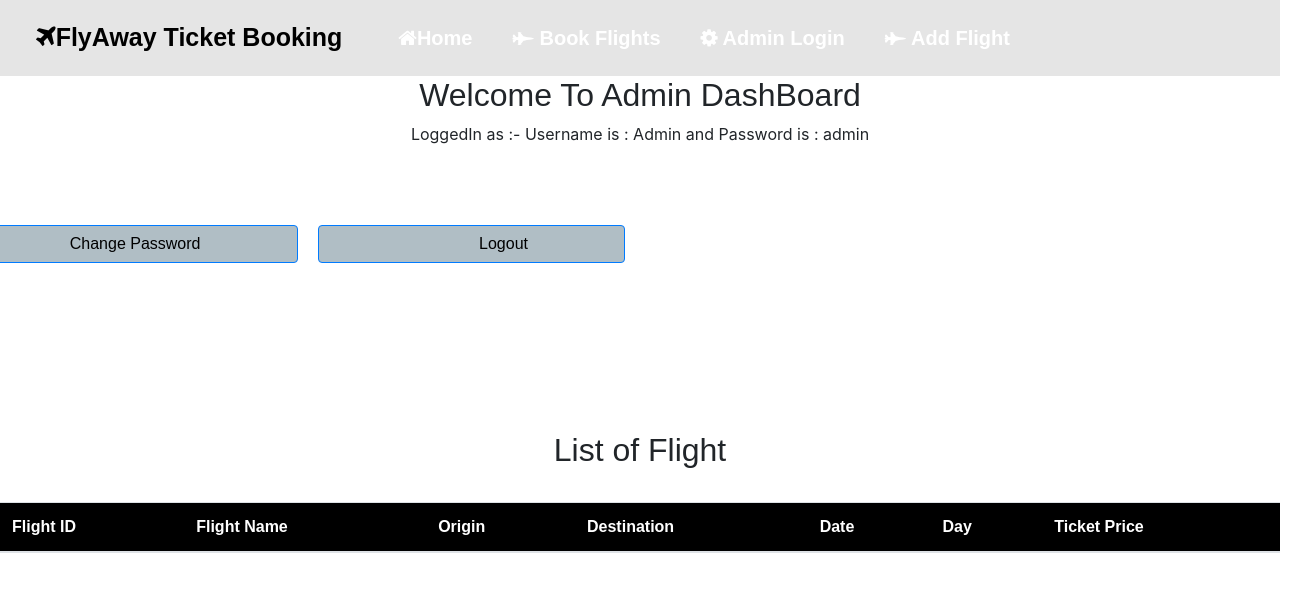
Repository: sayrabano/Phase2-project
Page: http://localhost/FlyAway/adminDashboard.jsp
These files come from the project's save history. The page is drawn as it stood at one moment and after the next save; the edit follows.
The browser window is 1280 px wide. The page is 1295 px wide, so the pictures cover 1295 px, including what lies to the right of the window. The pictures show the whole page.
Some web fonts or font styles are not loaded; a fallback is used. The page is served by Tomcat 9. Queries for data that is not in the repository find no rows.

Above is the page before, as saved 2021-09-24 20:25:27.

After the next save:
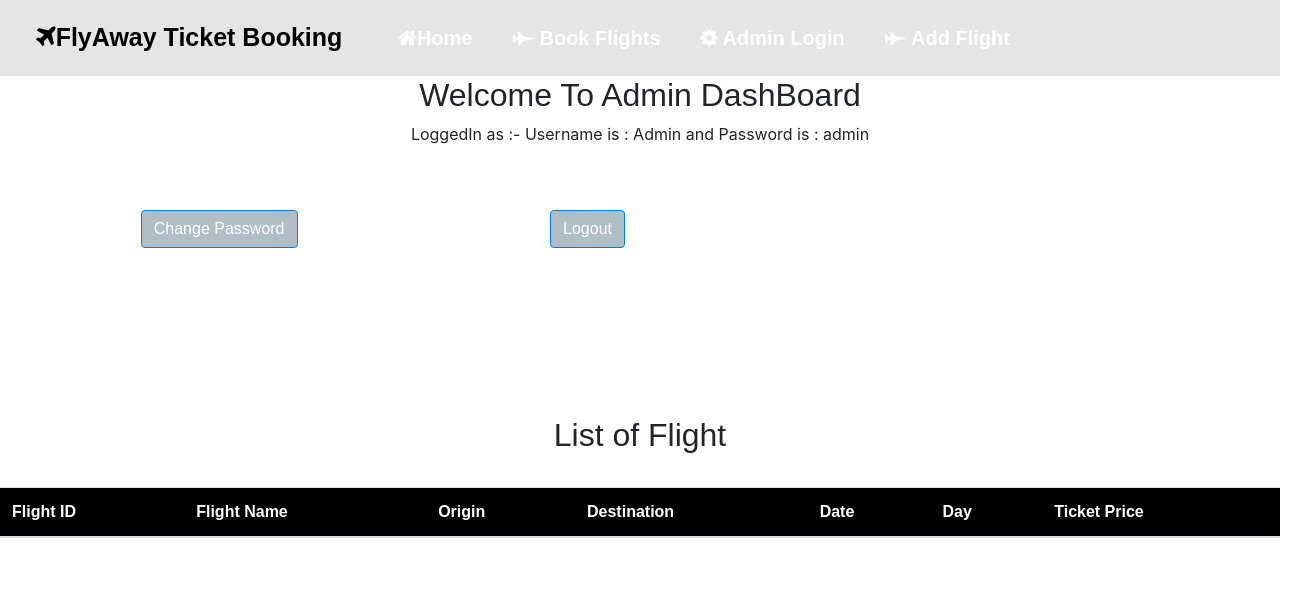
Saved 20 s later.
--- a/FlyAway/src/main/webapp/CSS/style7.css
+++ b/FlyAway/src/main/webapp/CSS/style7.css
@@ -55,10 +55,6 @@
 	font-family:'Ubuntu', sans-serif;
 }
 .btn{
-	color:black;
-	padding-left:10rem;
-	padding-right:6rem;
-	margin-top: 15px;
 
    background-color:#b0bec5;
 	font-family:'Ubuntu', sans-serif;

After the save that followed:
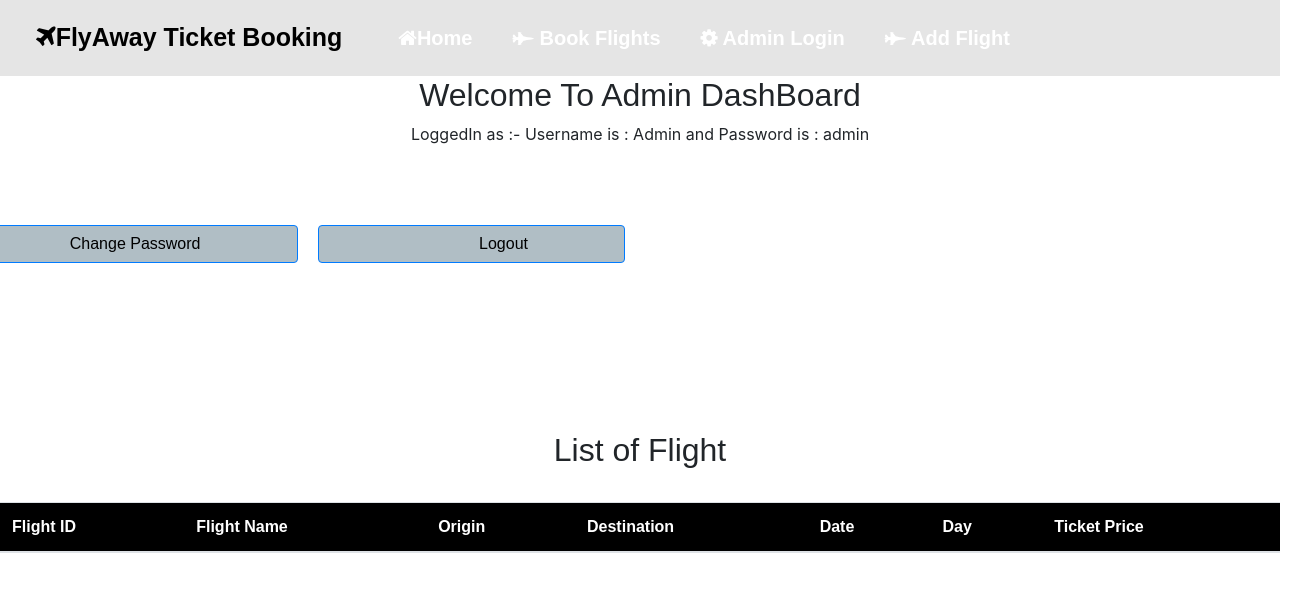
Saved 27 s later.
--- a/FlyAway/src/main/webapp/CSS/style7.css
+++ b/FlyAway/src/main/webapp/CSS/style7.css
@@ -55,6 +55,10 @@
 	font-family:'Ubuntu', sans-serif;
 }
 .btn{
+	color:black;
+	padding-left:10rem;
+	padding-right:6rem;
+	margin-top: 15px;
 
    background-color:#b0bec5;
 	font-family:'Ubuntu', sans-serif;
